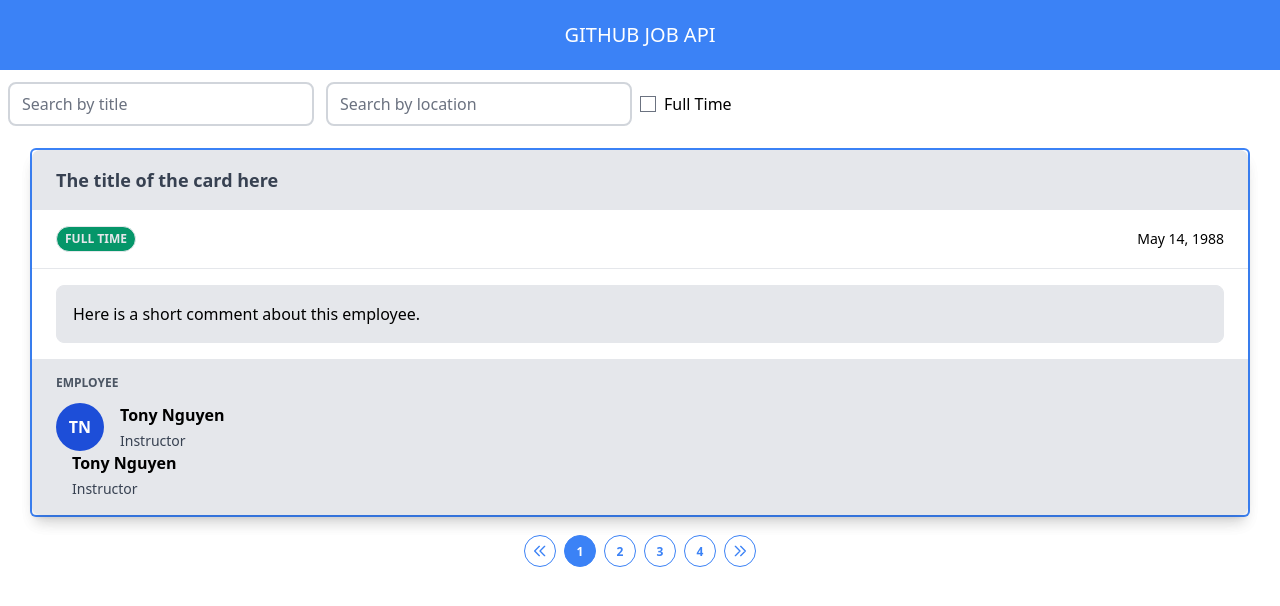
Repository: ShamroOoz/Github-job-api-React-Tailwind
Page: /
These files come from the project's save history. The page is drawn as it stood at one moment and after the next save; the edit follows.
The browser window is 1280 px wide. The pictures show the whole page.
The page's requests for data from a server got no answer. The project was rebuilt for these pictures with package versions that can differ from the ones it lists, and the page was loaded fresh each time. No one was signed in, and anything a server would have sent is missing. Also part of the build but not shown: craco.config.js, src/components/Spinner.js, src/components/Alert.js.

Above is the page before, as saved 2021-03-21 18:11:04.

After the next save:
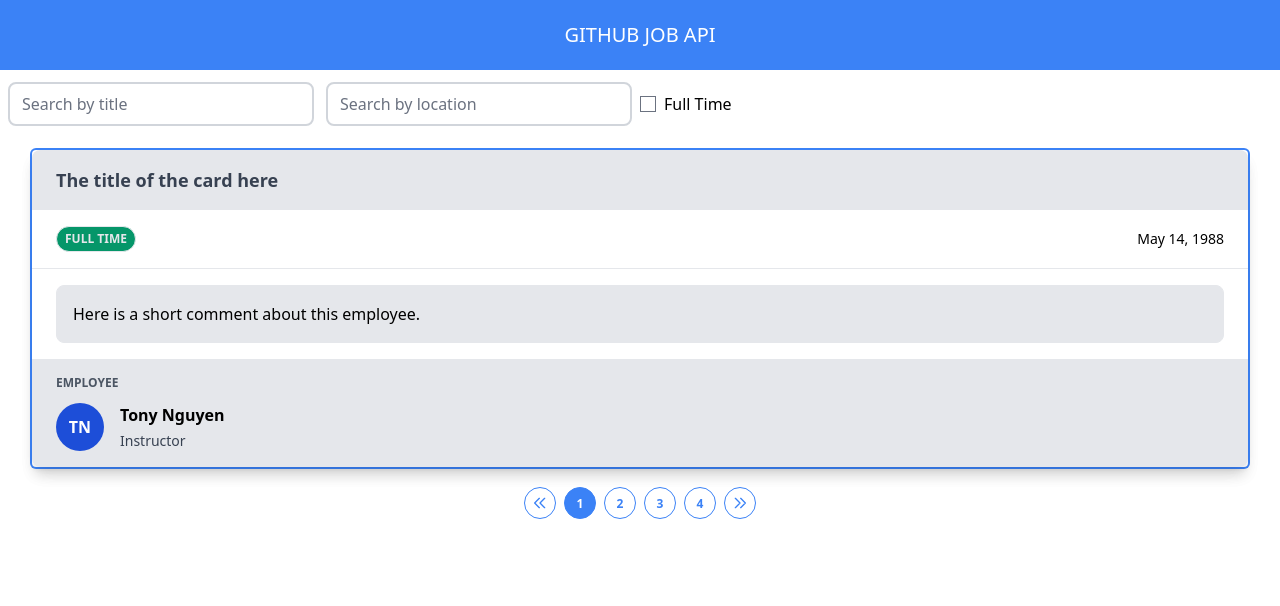
Saved 37 s later.
--- a/src/components/Reducer/Job.js
+++ b/src/components/Reducer/Job.js
@@ -35,10 +35,6 @@
               <p className="text-sm text-gray-700 mt-1">Instructor</p>
             </div>
           </div>
-          <div className="ml-4">
-            <p className="font-bold">Tony Nguyen</p>
-            <p className="text-sm text-gray-700 mt-1">Instructor</p>
-          </div>
         </div>
       </div>
     </div>
